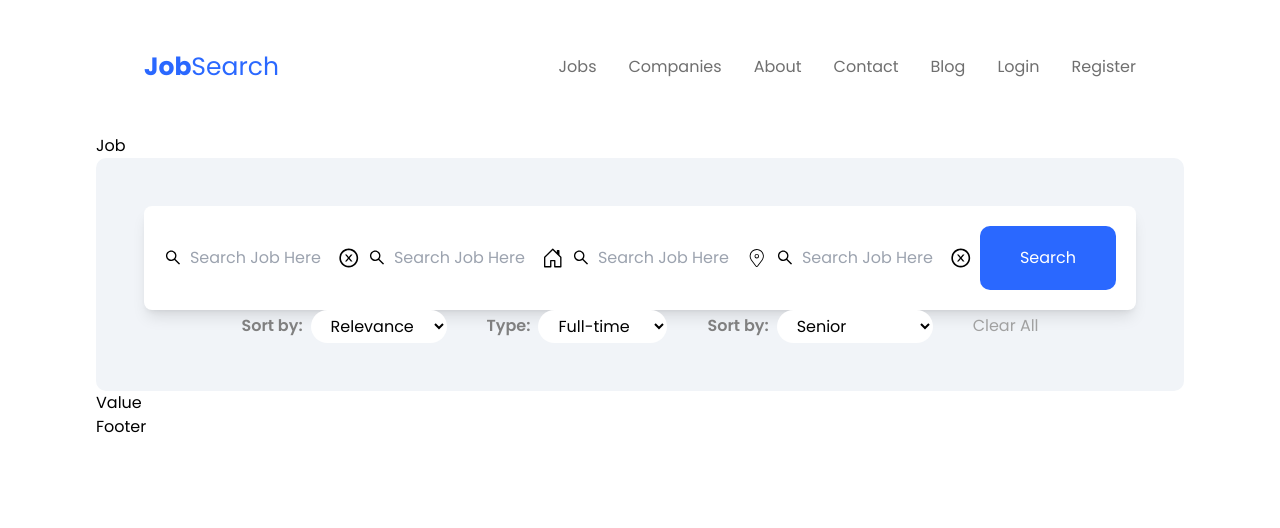
Repository: countaustin1990/Job-Search-website
Page: / (app in vite-project/)
The author's editor kept a copy of each file at every save. The page is drawn from the files as they stood at one save, then again after the next save.
The browser window is 1280 px wide. The pictures show the whole page.
The project was rebuilt for these pictures with package versions that can differ from the ones it lists, and the page was loaded fresh each time. Also part of the build but not shown: vite-project/vite.config.js.

Above is the page before, as saved 2023-08-12 18:13:15.

### vite-project/index.html
<!doctype html>
<html lang="en">
  <head>
    <meta charset="UTF-8" />
    <link rel="icon" type="image/svg+xml" href="/vite.svg" />
    <meta name="viewport" content="width=device-width, initial-scale=1.0" />
    <title>Vite + React</title>
  </head>
  <body>
    <div id="root"></div>
    <script type="module" src="/src/main.jsx"></script>
  </body>
</html>

### vite-project/src/App.jsx
import NavBar from './components/NavBar'
import Job from './components/Job'
import Value from './components/Value'
import Search from './components/Search'
import Footer from './components/Footer'

const App = () => {
  return(
    <div className='w-[85%] m-auto bg-white'>
      <NavBar/>
      <Job/>
      <Search/>
      <Value/>
      <Footer/>
    </div>
  )
}



export default App

### vite-project/src/index.css
@import url("https://fonts.googleapis.com/css2?family=Poppins:wght@200;300;400;500;600;700;800;900&display=swap");

@tailwind base;
@tailwind components;
@tailwind utilities;

:root{
  font-family: 'Poppins', sans-serif;
}

body{
  background: white;
}

li{
  list-style: none;
  cursor: pointer;
  position: relative;
}

li:hover::before{
  position: absolute;
  content: '';
  height: 4px;
  width: 100%;
  background: #2a68ff;
  right: 0;
  bottom: -10px;
  color: #2a68ff;
}

.icon{
  cursor: pointer;
}

.card{
  background: #000;
}

### vite-project/src/components/NavBar.jsx


const NavBar = () => {
    return(
        <div className='navBar flex justify-between items-center p-[3rem]'>
            <div className="logoDiv">
                <h1 className='logo text-[25px] text-blueColor'>
                    <strong>Job</strong>Search
                </h1>
            </div>

            <div className="menu flex gap-8">
                <li className="menuList text-[#6f6f6f] hover:text-blueColor">Jobs</li>
                <li className="menuList text-[#6f6f6f] hover:text-blueColor">Companies</li>
                <li className="menuList text-[#6f6f6f] hover:text-blueColor">About</li>
                <li className="menuList text-[#6f6f6f] hover:text-blueColor">Contact</li>
                <li className="menuList text-[#6f6f6f] hover:text-blueColor">Blog</li>
                <li className="menuList text-[#6f6f6f] hover:text-blueColor">Login</li>
                <li className="menuList text-[#6f6f6f] hover:text-blueColor">Register</li>
            </div>

        </div>
    )
}

export default NavBar

### vite-project/src/components/Job.jsx


 const Job = () => {
    return(
        <div>Job</div>
    )
 }

 export default Job

### vite-project/src/components/Value.jsx


const Value = () => {
    return(
        <div>Value</div>
    )
}

export default Value

### vite-project/src/components/Search.jsx
import { AiOutlineCloseCircle, AiOutlineSearch,  } from 'react-icons/ai'
import { BsHouseDoor } from 'react-icons/bs'
import { CiLocationOn } from 'react-icons/ci'


const Search = () => {
    return(
        <div className='SearchDiv grid gp-10 bg-greyIsh rounded-[10px] p-[3rem]'>
            <form action=''>
                <div className='firstDiv flex justified-between items-center rounded-[8px] gap-[10px] bg-white p-5 shadow-lg shadow-greyIsh-700'>
                    <div className='flex gap-2 items-center'>
                       <div className="flex gap-2 items-center">
                            <AiOutlineSearch className='text-[25px] icon'/>
                                <input type="text" className='bg-transparent text-blue-500 focus:outline-none w-[100%]' placeholder='Search Job Here'/>
                                    <AiOutlineCloseCircle className='text-[30px] text-[#a5a6a6 hover:text-textColor icon'/>
                        </div>


                       <div className="flex gap-2 items-center">
                            <AiOutlineSearch className='text-[25px] icon'/>
                                <input type="text" className='bg-transparent text-blue-500 focus:outline-none w-[100%]' placeholder='Search Job Here'/>
                                    <BsHouseDoor className='text-[30px] text-[#a5a6a6 hover:text-textColor icon'/>
                        </div>

                        <div className="flex gap-2 items-center">
                            <AiOutlineSearch className='text-[25px] icon'/>
                                <input type="text" className='bg-transparent text-blue-500 focus:outline-none w-[100%]' placeholder='Search Job Here'/>
                                    <CiLocationOn className='text-[30px] text-[#a5a6a6 hover:text-textColor icon'/>
                        </div>

                        <div className="flex gap-2 items-center">
                            <AiOutlineSearch className='text-[25px] icon'/>
                                <input type="text" className='bg-transparent text-blue-500 focus:outline-none w-[100%]' placeholder='Search Job Here'/>
                                    <AiOutlineCloseCircle className='text-[30px] text-[#a5a6a6 hover:text-textColor icon'/>
                        </div>

                        <button className='bg-blueColor h-full p-5 px-10 rounded-[10px] text-white cursor-pointer hover:bg-blue-300'>
                            Search
                        </button>
                    </div>
                </div>
            </form>

            <div className='secDiv flex items-center gap-10 justify-center'>
                <div className='singleSearch flex items-center gap-2'>
                    <label htmlFor='relevance' className='text-[#808080] font-semibold'>
                        Sort by:
                    </label>

                    <select name='' id='relevance' className='bg-white rounded-[34px] px-4 py-1'>
                        <option value=''>Relevance</option>
                        <option value=''>Inclusive</option>
                        <option value=''>Start with</option>
                        <option value=''>Contains</option>
                    </select>
                </div>

                <div className='singleSearch flex items-center gap-2'>
                    <label htmlFor='type' className='text-[#808080] font-semibold'>
                        Type:
                    </label>

                    <select name='' id='type' className='bg-white rounded-[34px] px-4 py-1'>
                        <option value=''>Full-time</option>
                        <option value=''>Remote</option>
                        <option value=''>Contract</option>
                        <option value=''>Part-time</option>
                    </select>
                </div>

                <div className='singleSearch flex items-center gap-2'>
                    <label htmlFor='level' className='text-[#808080] font-semibold'>
                        Sort by:
                    </label>

                    <select name='' id='level' className='bg-white rounded-[34px] px-4 py-1'>
                        <option value=''>Senior</option>
                        <option value=''>Intermediate</option>
                        <option value=''>Beginner</option>
                        <option value=''>Advocate</option>
                    </select>
                </div>

                <span className='text-[#a1a1a1] cursor-pointer'>
                    Clear All
                </span>

            </div>
        </div>
    )
}

export default Search

### vite-project/src/components/Footer.jsx


const Footer = () => {
    return(
        <div>Footer</div>
    )
}

export default Footer

### vite-project/tailwind.config.js
/** @type {import('tailwind').Config} */
export default {
  content: [
    "./index.html",
    "./src/**/*.{js,jsx}",
  ],
  theme: {
    extend: {
      colors: {
      'blueColor': '#2a68ff',
      'greyIsh': '#f1f4f8',
      'cardShadow': '#f7f8f9',
      'textColor': '#252b36',
      }
    },
  },
  plugins: [],
}

Loaded but not shown: vite-project/src/main.jsx (common file)

After the next save:
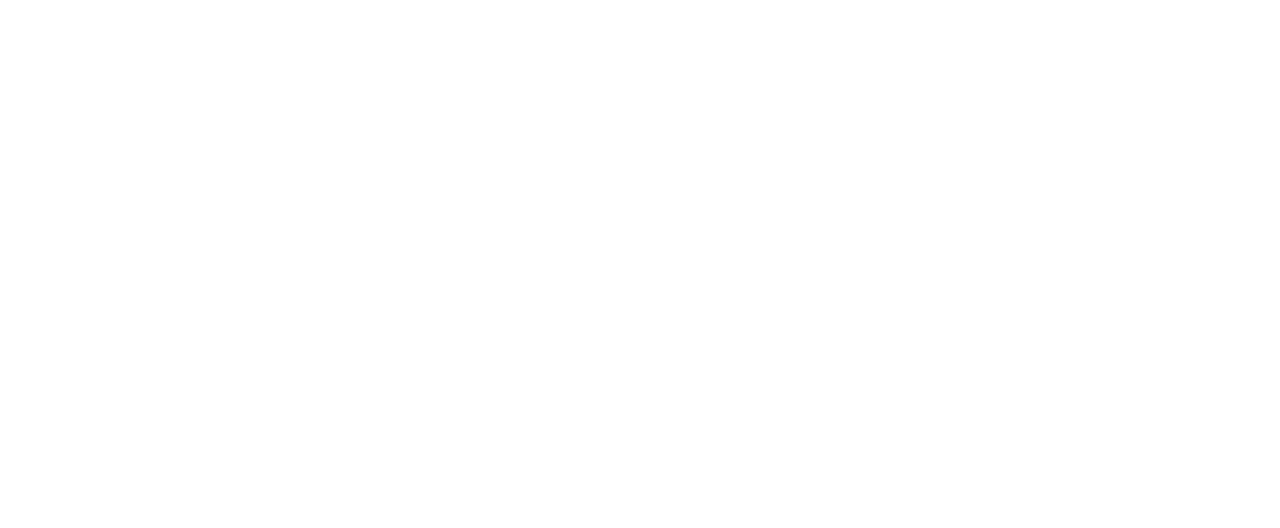
Console error: ReferenceError: h is not defined
Saved 15 min 34 s later.
--- a/vite-project/src/components/Job.jsx
+++ b/vite-project/src/components/Job.jsx
@@ -1,8 +1,19 @@
-
+h
 
  const Job = () => {
     return(
-        <div>Job</div>
+        <div>
+
+            <div className='jobContainer flex gap-10 justify-center flex-wrap tems-c
+             py-10'>
+
+                <div className='group group/items singleJob w-[20] bg-white rounded[10px] hover:bg-blueColor shadow-lg shadow-greyIsh-400/700 hover:shadow-lg'>
+                    <span className='flex justify-between items-center gap-4'>
+                        <h1 className='text-[16px] font-semibold text-textColor group-hover:text-white'/>
+                    </span>
+                </div>
+            </div>
+        </div>
     )
  }
 

After the save that followed:
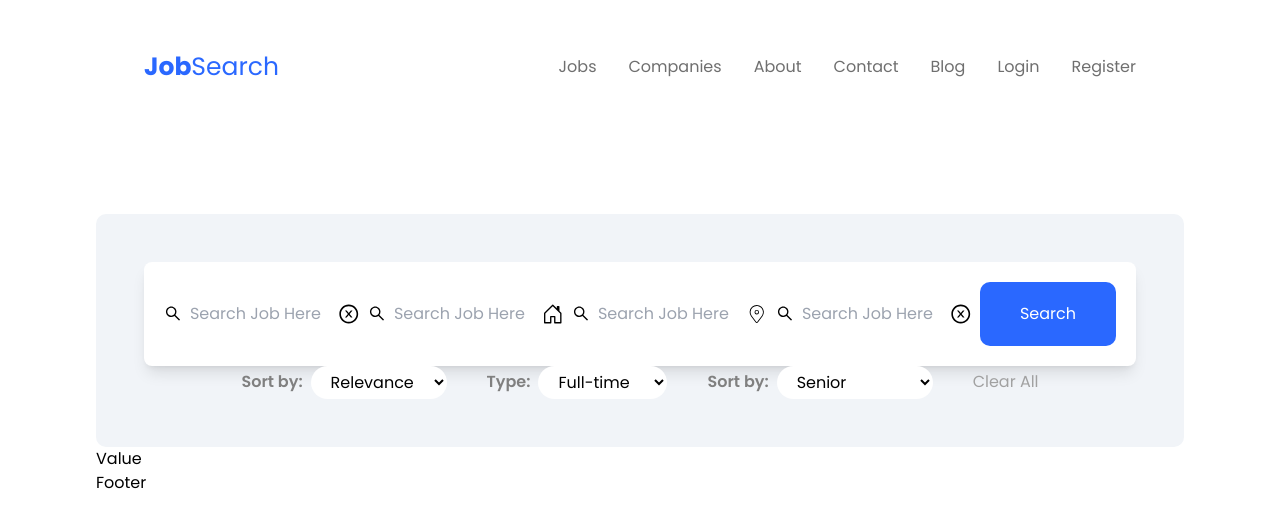
The error is gone.
Saved 36 s later.
--- a/vite-project/src/components/Job.jsx
+++ b/vite-project/src/components/Job.jsx
@@ -1,4 +1,4 @@
-h
+
 
  const Job = () => {
     return(
